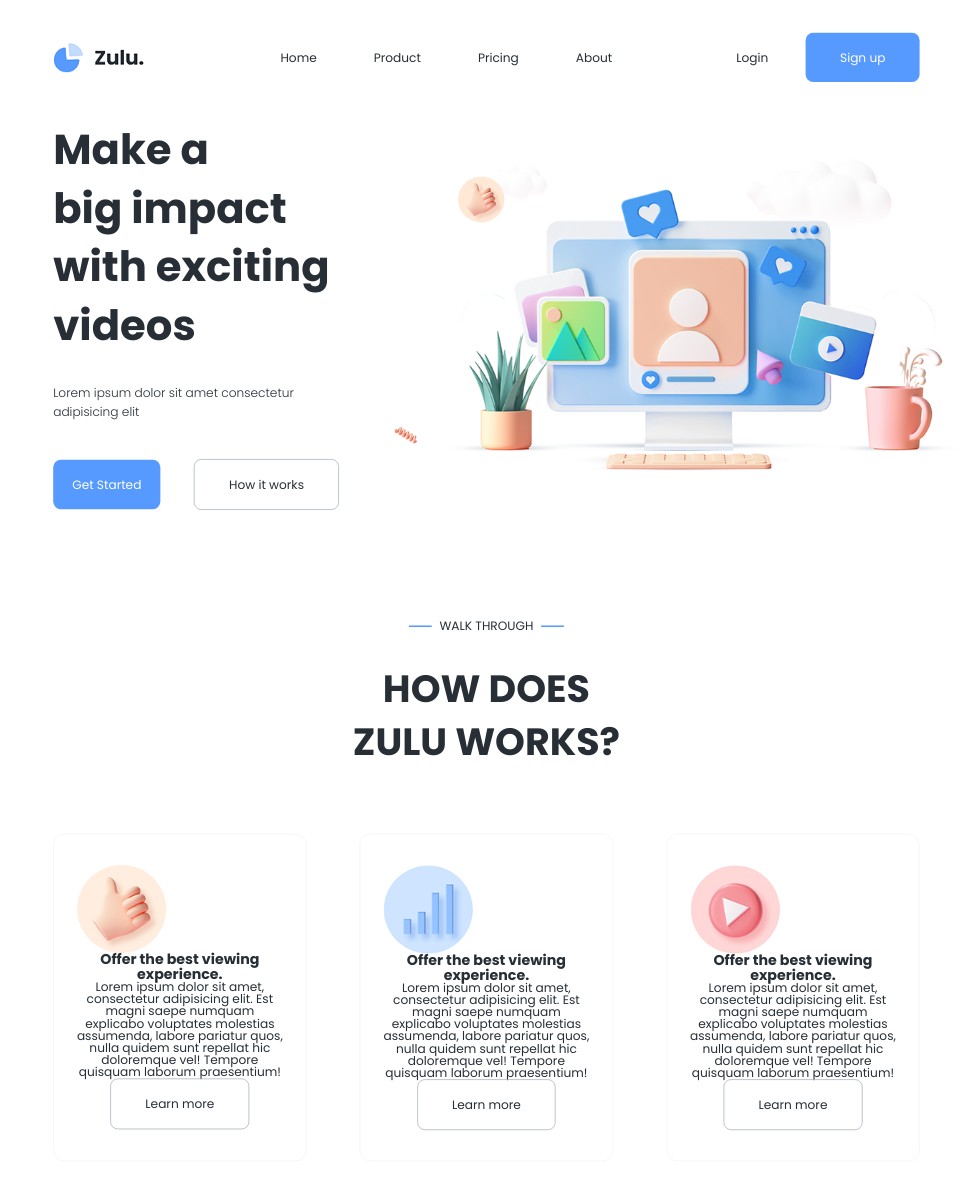
Repository: baodien1405/zulu-landing-page
Page: index.html
An editor plug-in stored every save of this project. The page is shown before and after the next save, followed by the edit.
The browser window is 1280 px wide. The pictures show the whole page, at 76% of full size.
The style sheet was rebuilt from its Sass, Less or Tailwind sources for each picture, by a compiler version that may differ from the author's.

Above is the page before, as saved 2021-06-22 16:49:54.

### index.html
<!DOCTYPE html>
<html lang="en">
<head>
  <meta charset="UTF-8">
  <meta http-equiv="X-UA-Compatible" content="IE=edge">
  <meta name="viewport" content="width=device-width, initial-scale=1.0">
  <link rel="preconnect" href="https://fonts.gstatic.com">
  <link href="https://fonts.googleapis.com/css2?family=Poppins:wght@300;400;600;700&display=swap" rel="stylesheet">
  <link rel="stylesheet" href="./styles.css">
  <title>Zulu</title>
</head>
<body>
  <div class="wrapper">
    <div class="container">
      <!-- Header -->
      <header class="header">
        <a href="index.html" class="header-logo">
          <img src="/images/logo.png" alt="" class="header-logo-image">
        </a>
        <ul class="header-menu">
          <li class="header-menu-item">
            <a href="#" class="header-menu-link">Home</a>
          </li>
          <li class="header-menu-item">
            <a href="#" class="header-menu-link">Product</a>
          </li>
          <li class="header-menu-item">
            <a href="#" class="header-menu-link">Pricing</a>
          </li>
          <li class="header-menu-item">
            <a href="#" class="header-menu-link">About</a>
          </li>
        </ul>
        <div class="header-auth">
          <a href="#" class="button">Login</a>
          <a href="#" class="button button--primary">Sign up</a>
        </div>
      </header>

      <!-- Banner -->
      <section class="banner">
        <div class="banner-info">
          <h1 class="banner-heading">
            <span>Make a</span> <span>big impact</span> <span>with exciting</span> <span>videos</span>
          </h1>
          <p class="banner-desc">
            Lorem ipsum dolor sit amet consectetur adipisicing elit
          </p>
          <div class="banner-links">
            <a href="#" class="button button--primary">Get Started</a>
            <a href="#" class="button button--outline">How it works</a>
          </div>
        </div>
        <img src="./images/img1.png" alt="" class="banner-image">
      </section>

      <!-- Work  -->
      <section class="work">
        <div class="block">
          <span class="block-caption">Walk Through</span>
          <h2 class="block-heading"><span>How does</span> <span>Zulu works?</span></h2>
        </div>
        <div class="work-list">
          <div class="work-item">
            <img src="./images/img2.png" alt="" class="work-image" />
            <h3 class="work-title">Offer the best viewing experience.</h3>
            <p class="work-desc">Lorem ipsum dolor sit amet, consectetur adipisicing elit. Est magni saepe numquam explicabo voluptates molestias assumenda, labore pariatur quos, nulla quidem sunt repellat hic doloremque vel! Tempore quisquam laborum praesentium!</p>
            <a href="#" class="button button--outline">Learn more</a>
          </div>
          <div class="work-item">
            <img src="./images/img3.png" alt="" class="work-image" />
            <h3 class="work-title">Offer the best viewing experience.</h3>
            <p class="work-desc">Lorem ipsum dolor sit amet, consectetur adipisicing elit. Est magni saepe numquam explicabo voluptates molestias assumenda, labore pariatur quos, nulla quidem sunt repellat hic doloremque vel! Tempore quisquam laborum praesentium!</p>
            <a href="#" class="button button--outline">Learn more</a>
          </div>
          <div class="work-item">
            <img src="./images/img4.png" alt="" class="work-image" />
            <h3 class="work-title">Offer the best viewing experience.</h3>
            <p class="work-desc">Lorem ipsum dolor sit amet, consectetur adipisicing elit. Est magni saepe numquam explicabo voluptates molestias assumenda, labore pariatur quos, nulla quidem sunt repellat hic doloremque vel! Tempore quisquam laborum praesentium!</p>
            <a href="#" class="button button--outline">Learn more</a>
          </div>
        </div>
      </section>
    </div>
  </div>
</body>
</html>

### styles.scss
@import "variables";
@import "global";
@import "header";
@import "banner";
@import "work";

### _variables.scss
$gray-dark: #272e35;
$gray-blur: #a5b2c3;
$primary-color: #579aff;
$gray-line: #f4f4f4;

### _global.scss
* {
  margin: 0;
  padding: 0;
  box-sizing: border-box;
}

body {
  overflow-x: hidden;
  color: $gray-dark;
}

img {
  display: block;
  max-width: 100%;
}

a {
  text-decoration: none;
}

body {
  font-family: "Poppins", sans-serif;
  font-size: 16px;
  line-height: 1;
  background-color: #fff;
}

.wrapper {
  max-width: 1440px;
  margin: 0 auto;
}

.container {
  max-width: 1170px;
  padding: 0 15px;
  margin: 0 auto;
}

.button {
  display: inline-block;
  font-size: 16px;
  padding: 20px 45px;
  color: $gray-dark;
  background-color: transparent;
  border-radius: 10px;
  line-height: normal;
  &--primary {
    color: #fff;
    background-color: $primary-color;
  }
  &--outline {
    border: 1px solid $gray-blur;
  }
}

.block {
  text-align: center;
  display: flex;
  align-items: center;
  justify-content: center;
  flex-direction: column;
  margin-bottom: 85px;

  &-caption {
    text-transform: uppercase;
    margin-bottom: 40px;
    position: relative;
    display: inline-block;
    padding: 0 10px;
  }

  &-caption::before {
    left: 0;
    transform: translate(-100%, -50%);
  }

  &-caption::after {
    right: 0;
    transform: translate(100%, -50%);
  }

  &-caption::before,
  &-caption::after {
    position: absolute;
    content: "";
    width: 30px;
    height: 2px;
    background-color: $primary-color;
    top: 50%;
  }

  &-heading {
    text-transform: uppercase;
    font-size: 50px;
    line-height: 1.4;

    span {
      display: block;
    }
  }
}

### _header.scss
.header {
  padding-top: 43px;
  display: flex;
  align-items: center;

  &-logo {
    display: block;
    margin-right: 180px;
  }

  &-menu {
    display: flex;
    align-items: center;
    list-style: none;

    &-item:not(:first-child) {
      margin-left: 75px;
    }

    &-link {
      color: $gray-dark;
      transition: color 0.2s ease-in-out;
      &:hover {
        color: $primary-color;
      }
    }
  }

  &-auth {
    margin-left: auto;
  }
}

### _banner.scss
.banner {
  display: flex;
  align-items: center;
  padding-top: 50px;

  &-info {
    width: 35%;
  }

  &-image {
    width: 65%;
    transform: translateX(50px);
  }

  &-heading {
    font-size: 55px;
    line-height: 1.4;
    margin-bottom: 40px;

    & span {
      display: block;
    }
  }

  &-desc {
    font-weight: 300;
    line-height: 1.5;
    margin-bottom: 50px;
  }

  &-links {
    .button:first-child {
      margin-right: 40px;
      padding-left: 25px;
      padding-right: 25px;
    }
  }
}

### _work.scss
.work {
  padding-top: 145px;
  padding-bottom: 50px;

  &-image {
    display: block;
  }

  &-list {
    display: flex;
    justify-content: space-between;
  }

  &-item {
    width: calc(33.33% - 46.67px);
    padding: 40px 30px;
    border: 1px solid $gray-line;
    border-radius: 14px;
    text-align: center;
  }
}

After the next save:
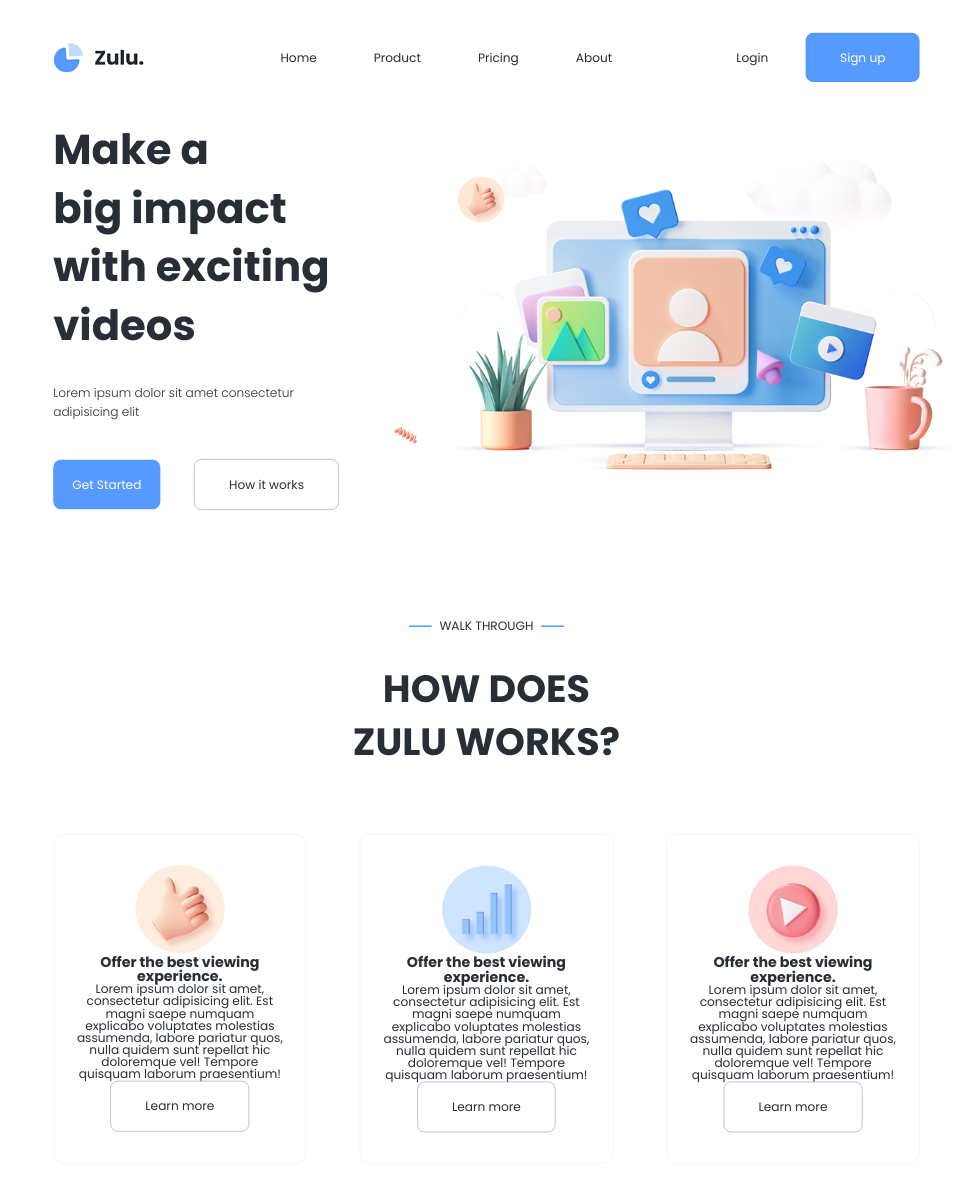
Saved 7 s later.
--- a/_work.scss
+++ b/_work.scss
@@ -3,7 +3,7 @@
   padding-bottom: 50px;
 
   &-image {
-    display: block;
+    display: inline-block;
   }
 
   &-list {

After the save that followed:
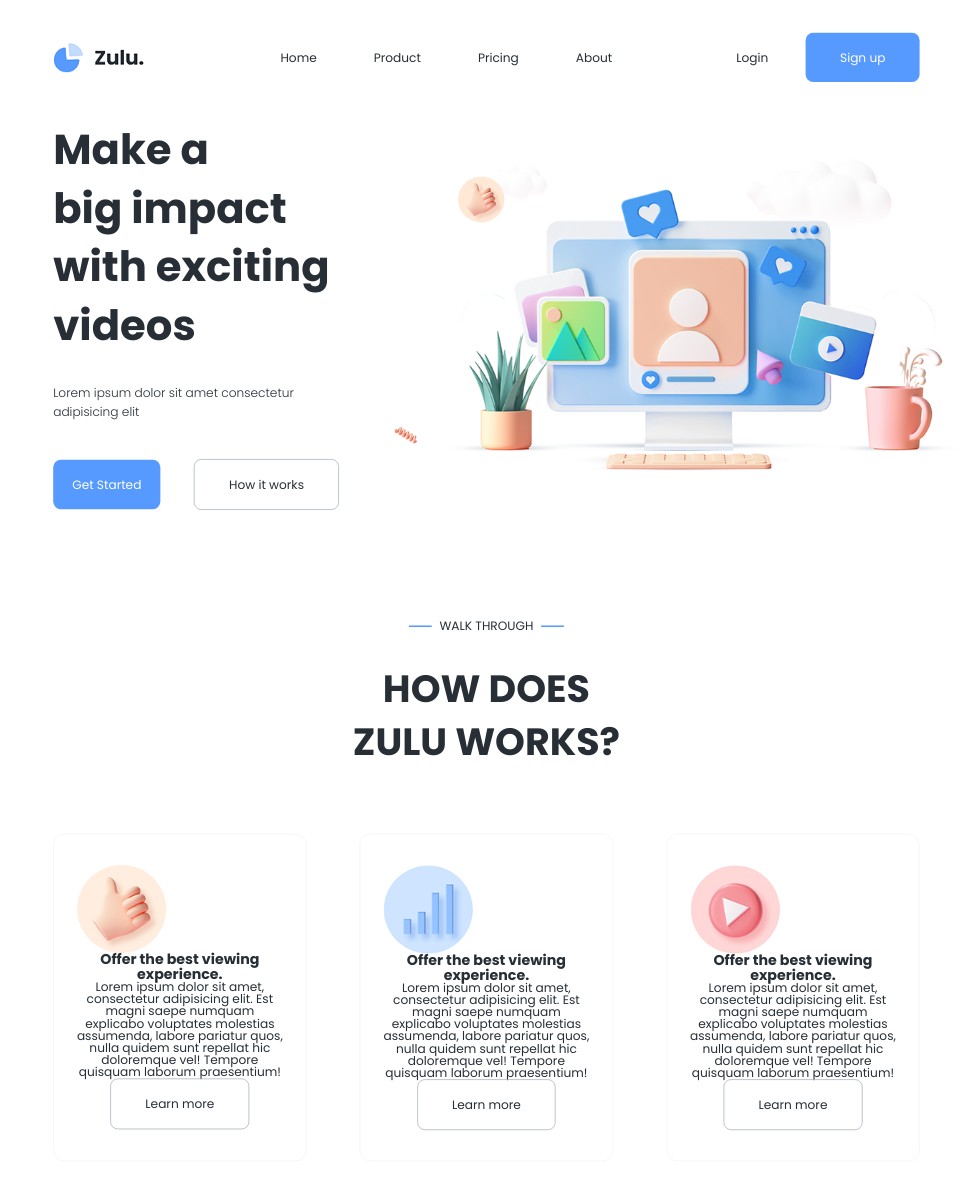
Saved 58 s later.
--- a/_work.scss
+++ b/_work.scss
@@ -3,7 +3,7 @@
   padding-bottom: 50px;
 
   &-image {
-    display: inline-block;
+    // display: inline-block;
   }
 
   &-list {
